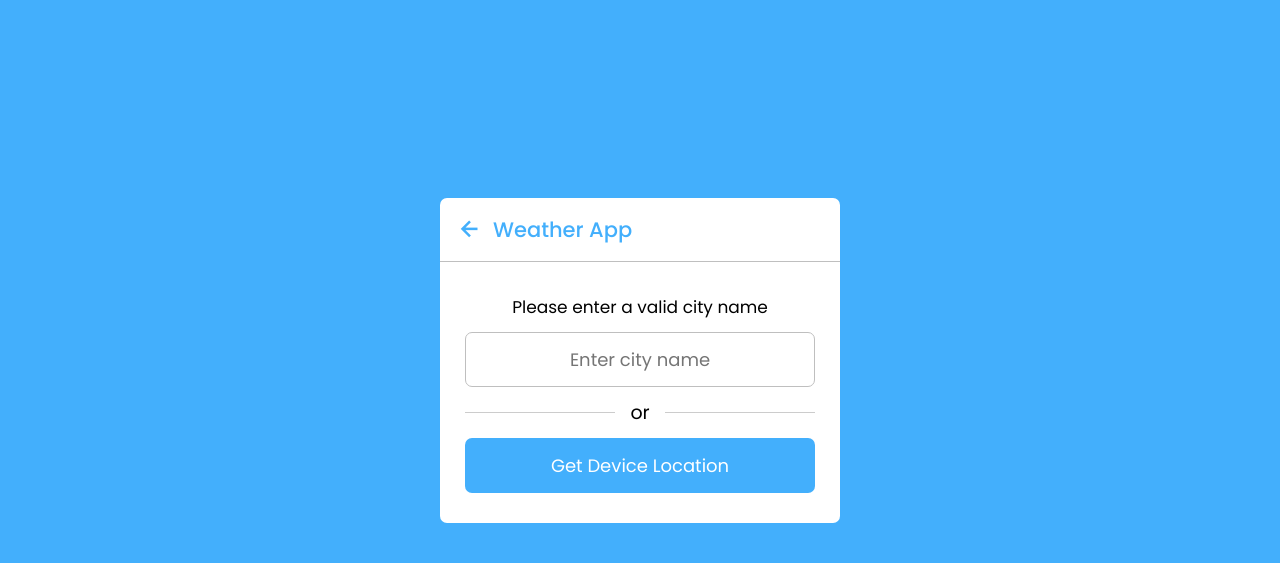
Repository: long13820/Weather-App-HTML-CSS-Javascript
Page: index.html
The author's editor kept a copy of each file at every save. The page is drawn from the files as they stood at one save, then again after the next save.
The browser window is 1280 px wide. The pictures show the whole page.

Above is the page before, as saved 2021-09-02 01:12:40.

### index.html
<!DOCTYPE html>
<html lang="en">
<head>
    <meta charset="UTF-8">
    <meta http-equiv="X-UA-Compatible" content="IE=edge">
    <meta name="viewport" content="width=device-width, initial-scale=1.0">
    <title>Weather App</title>
    <link rel="stylesheet" href="style.css">

    <!--Linking Boxicon For Icon-->
    <link rel="stylesheet" href='https://unpkg.com/boxicons@2.0.9/css/boxicons.min.css' >


</head>
<body>
    <div class="wrapper">
        <header>
            <i class="bx bx-left-arrow-alt"></i>
            Weather App
        </header>
        <section class="input-part">
            <p class="info-txt">Please enter a valid city name</p>
            <input type="text" placeholder="Enter city name" spellcheck="false">
            <div class="separator"></div>
            <button>Get Device Location</button>
        </section>
    </div>
</body>
</html>

### style.css
/*Import Google Font - Poppins*/
@import url('https://fonts.googleapis.com/css2?family=Poppins:wght@400;500;600;700&display=swap');
*{
    margin: 0;
    padding: 0;
    box-sizing: border-box;
    font-family: 'Poppins', sans-serif;
}
body{
    display: flex;
    align-items: center;
    justify-content: center;
    min-height: 100vh;
    background: #43AFFC;
}
.wrapper{
    width: 400px;
    border-radius: 7px;
    background: white;
}
.wrapper header{
    color: #43AFFC;
    font-size: 21px;
    font-weight: 500;
    padding: 16px 15px;
    display: flex;
    align-items: center;
    border-bottom: 1px solid #bfbfbf;

}
header i{
    cursor: pointer;
    font-size: 30px;
    margin-right: 8px;
}
.wrapper .input-part{
    margin: 20px 25px 30px;
}
.input-part .info-txt{
    font-size: 17px;
    text-align: center;
    padding: 12px 7px;
    border-radius: 7px;
}
.info-txt.error{
    color: #721c24;
    background: #f8d7da;
    border: 1px solid #f5c6cb;
}
.input-part :where(input, button){
    width: 100%;
    height: 55px;
    border: none;
    outline: none;
    font-size: 18px;
    border-radius: 7px;
}
.input-part input{
    text-align: center;
    border: 1px solid #bfbfbf;
}
.input-part .separator{
    height: 1px;
    width: 100%;
    margin: 25px 0px;
    background: #ccc;
    display: flex;
    align-items: center;
    justify-content: center;
}
.separator::before{
    content: "or";
    background-color: white;
    font-size: 19px;
    padding: 0px 15px;
    background: #fff;
}
.input-part button{
    color: white;
    cursor: pointer;
    background: #43AFFC;
}

After the next save:
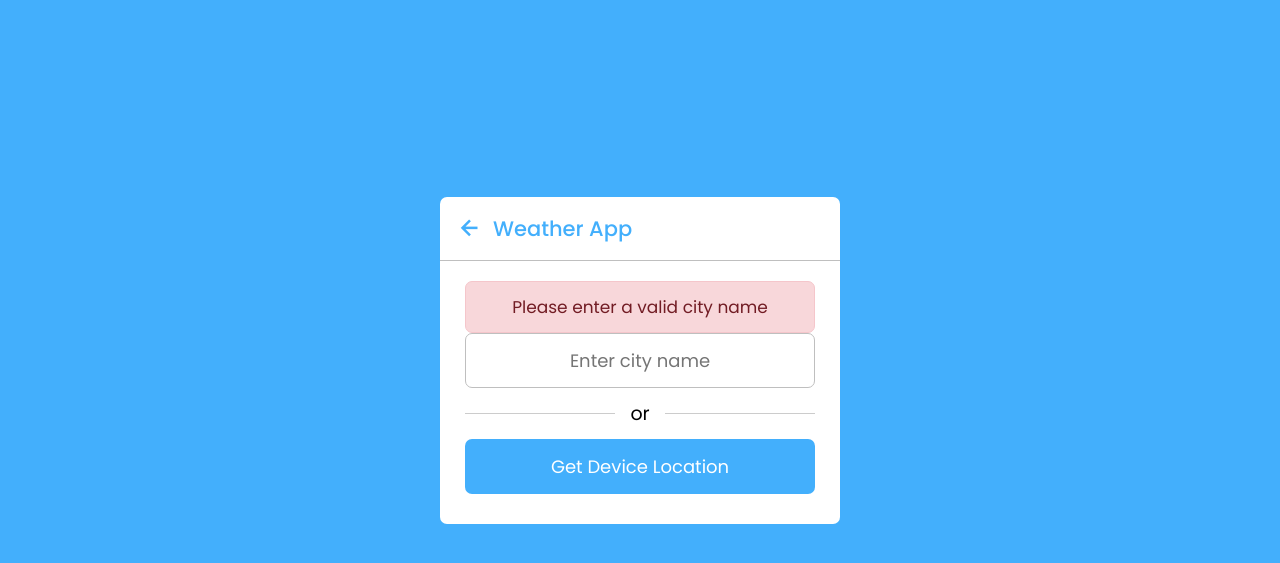
Saved 27 s later.
--- a/index.html
+++ b/index.html
@@ -19,7 +19,7 @@
             Weather App
         </header>
         <section class="input-part">
-            <p class="info-txt">Please enter a valid city name</p>
+            <p class="info-txt error">Please enter a valid city name</p>
             <input type="text" placeholder="Enter city name" spellcheck="false">
             <div class="separator"></div>
             <button>Get Device Location</button>
